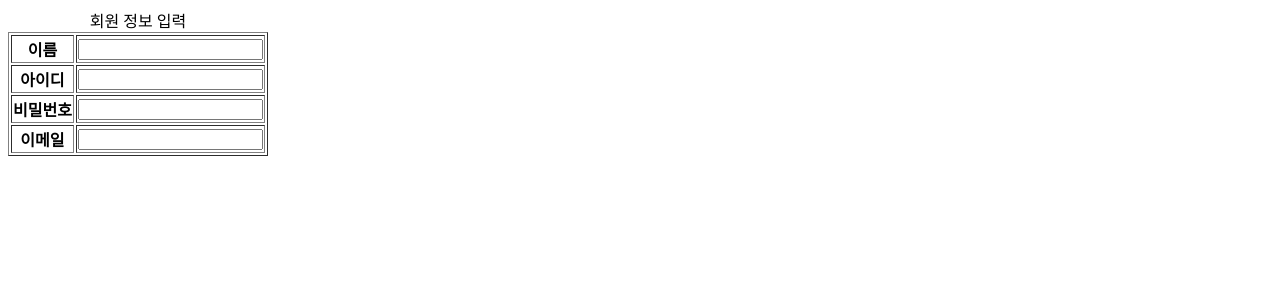
Repository: Heo-sh/Web_Development
Page: http://localhost/Ex_0418_Member/member_register.jsp
These files come from the project's save history. The page is drawn as it stood at one moment and after the next save; the edit follows.
The browser window is 1280 px wide. The pictures show the whole page.
The page is served by Tomcat 9. Other server files are loaded and not shown.

Above is the page before, as saved 2023-04-18 07:29:07.

### Ex_0418_Member/WebContent/member_register.jsp
<%@ page language="java" contentType="text/html; charset=UTF-8"
    pageEncoding="UTF-8"%>
<!DOCTYPE html>
<html>
	<head>
		<meta charset="UTF-8">
		<title>Insert title here</title>
	</head>
	<body>
		<form>
			<table border="1">
				<caption>회원 정보 입력</caption>
				<tr>
					<th>이름</th>
					<td>
						<input name="name">
					</td>
				</tr>
				<tr>
					<th>아이디</th>
					<td>
						<input name="id">
					</td>
				</tr>
				<tr>
					<th>비밀번호</th>
					<td>
						<input name="pw">
					</td>
				</tr>
				<tr>
					<th>이메일</th>
					<td>
						<input name="email">
					</td>
				</tr>
			</table>
		</form>
	</body>
</html>

After the next save:
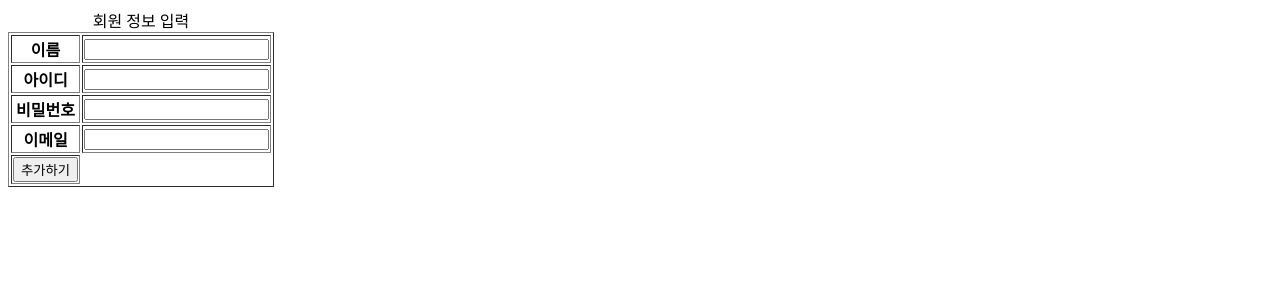
Saved 53 s later.
--- a/Ex_0418_Member/WebContent/member_register.jsp
+++ b/Ex_0418_Member/WebContent/member_register.jsp
@@ -34,6 +34,15 @@
 						<input name="email">
 					</td>
 				</tr>
+				<tr>
+					<td>
+						<input
+							type="button"
+							value="추가하기"
+							onclick="send(this.form)"
+						>
+					</td>
+				</tr>
 			</table>
 		</form>
 	</body>
